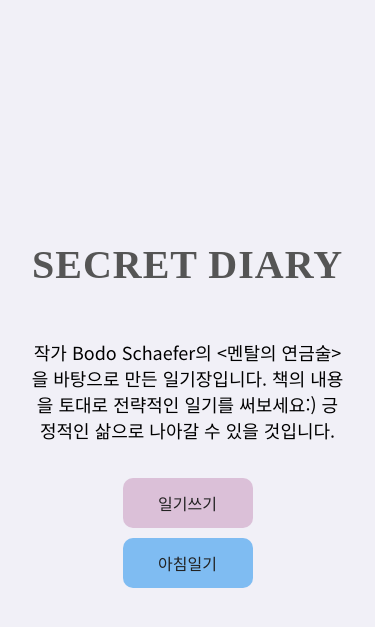
Repository: jinhee196/diary
Page: index.html
An editor plug-in stored every save of this project. The page is shown before and after the next save, followed by the edit.
The browser window is 375 px wide. The pictures show the whole page.
Some web fonts or font styles are not loaded; a fallback is used. Some web libraries are served in a nearby version.

Above is the page before, as saved 2021-06-06 16:32:14.

### index.html
<!DOCTYPE html>
<html lang="ko">
<head>
    <meta charset="UTF-8">
    <meta http-equiv="X-UA-Compatible" content="IE=edge">
    <meta name="viewport" content="width=device-width, initial-scale=1.0">
    <title>secret Note</title>
    <script src="https://kit.fontawesome.com/ef20572bd9.js" crossorigin="anonymous"></script>
    <link rel="stylesheet" href="style.css">
    <link rel="preconnect" href="https://fonts.gstatic.com">
<link href="https://fonts.googleapis.com/css2?family=Hi+Melody&family=Nanum+Brush+Script&display=swap" rel="stylesheet">
<link href="https://fonts.googleapis.com/css2?family=Noto+Sans+KR:wght@100;300&display=swap" rel="stylesheet">
    <script src="js/main.js" defer></script>
    <script src="js/data.js"></script>
</head>
<body>
  <div class="container">
      <header class="header"></header>

      <section id="main">
        <h1 class="main__title">SECRET DIARY</h1>
        <p class="main__desc">작가 Bodo Schaefer의 &#60;멘탈의 연금술&#62;을 바탕으로 만든 일기장입니다.
                              책의 내용을 토대로 전략적인 일기를 써보세요:) 긍정적인 삶으로 나아갈 수 있을 것입니다. </p>
        <button class="note1">일기쓰기</button>
        <button class="note2">아침일기</button>
        <button class="note3">걱정과 두려움을 <br>다루는 방법</button>
      </section>

      <section id="daily">
        <div class="daily__weather">
          <!-- <img src="" alt=""> -->
        </div>
        <div class="daily__emotion"></div>
        <div class="daily__Note">
          <button class="daily__submit">완료</button>
          <input class="daily__title" placeholder="제목을 입력하세요"></input>
          <textarea class="daily__text" autofocus></textarea>
          <div class="popup">
             <h3 class="popup__title">저장되었습니다.</h3>
             <button class="popup__btn">확인</button>
          </div>
        </div>
      </section>

      <section id="morning">
        <button class="morning__submit">완료</button>
        <p class="desc">아침일기는 '오늘 무엇을 할 것인가?'를 정리하는 데 탁월한 효과를 줍니다. 질문에 가볍게 답해가다 보면,
          질문의 답처럼 생각하고 실행할 수 있는 컨디션이 만들어질 것입니다.

        </p>
        <ul class="items">
          <!-- <li class="item">test</li>
          <li class="item-sub">subtest</li> -->
        </ul>
        <div class="message">
        <input type="text" class="footer__input" />
        <button class="footer__submit">보내기</button>
        </div>
    </section>

    <section id="list">
      <p class="desc">두려움과 걱정의 목록들을 리스트로 만들고 지속적으로 업데이트하세요.
        구체적으로 작성해 두려움을 잘게 쪼개다보면 엄습하는 두려움을 무력화시킬 수 있을 것입니다. </p>
      <ul class="items">
        <!-- <li class="item">test</li>
        <li class="item-sub">subtest</li> -->
      </ul>
      <div class="message">
      <input type="text" class="footer__input" />
      <button class="footer__submit">보내기</button>
      </div>
  </section>

    <footer class="footer">
      <button class="footer__button">
        <div class="circle"></div>
       </button>
       <i class="fas fa-chevron-left"></i>
     </footer>
  </div>
</body>
</html>

### style.css
* {
  box-sizing: border-box;
  font-family: "Hi Melody", cursive;
}
ul {
  padding: 0;
}

button {
  outline: none;
  background: transparent;
  border: none;
  cursor: pointer;
}
body {
  background-color: #ced3df;
  text-align: center;
}

section {
  height: 600px;
}
.container {
  width: 400px;
  margin: auto;
  background-color: #f1f0f7;
  border-radius: 20px;
}

.header {
  height: 48px;
  padding: 8px;
  font-size: 24px;
  background: rgba(237, 193, 211);

  background: linear-gradient(
    166deg,
    rgba(237, 193, 211, 1) 0%,
    rgba(219, 192, 216, 1) 35%,
    rgba(127, 188, 242, 1) 100%
  );

  border-radius: 20px 20px 0 0;
  color: #fff;
}

#main {
  display: flex; /*flex*/
  flex-direction: column;
  justify-content: center;
  align-items: center;
  overflow: hidden;
}
.main__title {
  font-family: "Nanum Brush Script", cursive;
  letter-spacing: 1px;
  font-size: 40px;
  color: #555;
}
.main__desc {
  font-family: "Noto Sans KR", sans-serif;
  padding: 0 30px;
  font-size: 18px;
  margin-bottom: 30px;
}
#main button {
  width: 130px;
  padding: 13px 15px;
  margin: 5px 0;
  border-radius: 10px;
  color: #222;
  font-size: 16px;
  transition: transform 300ms;
}
#main button:hover {
  transform: scale(1.1);
}
.note1 {
  background-color: rgba(219, 192, 216, 1);
}
.note2 {
  background-color: rgba(127, 188, 242, 1);
}
.note3 {
  display: none;
  background-color: rgba(219, 192, 216, 1);
}

#daily {
  display: none;
}
.daily__weather {
  display: none;
  height: 600px;
  overflow: hidden;
}

.daily__weather-Q {
  /*h2 title*/
  font-size: 35px;
  margin: 120px 0 30px;
}
.answerList {
  /*buttons*/
  width: 26%;
  margin: 5px 10px;
}
.answerList img {
  width: 100%;
}
.daily__emotion {
  display: none;
  position: relative;
  height: 600px;
  overflow: hidden;
}
.daily__Note {
  display: none;
  width: 100%;
  height: 100%;
  position: relative;
}
.daily__title {
  width: 100%;
  height: 10%;
  outline: none;
  padding: 20px;
  font-size: 22px;
  border: none;
  border-bottom: 1px solid #ddd;
}
.daily__text {
  width: 100%;
  height: 85%;
  line-height: 1.6;
  padding: 20px;
  outline: none;
  border: none;
  resize: none;
  font-size: 18px;
}
.daily__submit {
  height: 5%;
  font-size: 16px;
  color: #555;
  float: right;
  margin-right: 10px;
}
.daily__submit:hover {
  color: rgb(255, 110, 238);
}
.popup {
  position: absolute;
  top: 50%;
  left: 50%;
  transform: translate(-50%, -50%);
  border: 1px solid #ccc;
  padding: 20px 40px;
  box-shadow: 2px 4px 5px #ccc;
  display: none;
}
.popup__title {
  font-family: "Noto Sans KR", sans-serif;
  font-size: 16px;
}
.popup__btn {
  font-family: "Noto Sans KR", sans-serif;
  border: 1px solid #ccc;
}
#morning {
  display: none;
  overflow: hidden;
  position: relative;
}
#list {
  display: none;
  overflow: hidden;
}
.morning__submit {
  width: 50px;
  height: 30px;
  color: #555;
  float: right;
  background-color: #fff;
  border: 1px solid #ddd;
  transition: all 400ms;
  position: absolute;
  top: 44px;
  right: -12px;
}
.morning__submit:hover {
  font-size: 16px;
  background-color: rgb(231, 248, 252);
  right: 0;
}
.desc {
  font-family: "Noto Sans KR", sans-serif;
  width: 370px;
  height: 60px;
  font-size: 11px;
  text-align: left;
  padding: 8px 30px;
  margin: 15px auto 0;
  background-color: #fff;
  border-radius: 5px;
  line-height: 1.4;
}
.items {
  height: 495px;
  overflow-y: auto;
  margin: 0;
  font-size: 17px;
  text-align: left;
}

.item {
  padding: 8px 15px;
  margin: 10px;
  border-radius: 15px;
  background: rgba(237, 193, 211);
  display: inline-block;
  float: left;
  clear: both;
}
.item-sub {
  padding: 8px 15px;
  margin: 10px;
  border-radius: 15px;
  background: rgba(127, 188, 242, 1);
  display: inline-block;
  float: right;
  clear: both;
}

.footer {
  background: rgba(237, 193, 211);

  background: linear-gradient(
    166deg,
    rgba(237, 193, 211, 1) 0%,
    rgba(219, 192, 216, 1) 35%,
    rgba(127, 188, 242, 1) 100%
  );
  border-radius: 0 0 20px 20px;
  position: relative;
}
.message {
  width: 100%;
}
.footer__input {
  width: 88%;
  height: 32px;
  border: none;
  outline: none;
  font-size: 20px;
  font-weight: 400;
  padding: 0 16px;
  float: left;
  border-top: 1px solid rgba(237, 193, 211);
}

.footer__submit {
  width: 12%;
  height: 32px;
  float: right;
  background-color: rgba(237, 193, 211);
  font-size: 11px;
  padding: 0;
}
.footer__button {
  width: 48px;
  height: 48px;
  background-color: #fff;
  border-radius: 50%;
  transition: transform 300ms ease-in;
  margin-top: 2px;
}
.circle {
  width: 40px;
  height: 40px;
  border: 4px solid rgba(219, 192, 216, 0.8);
  border-radius: 50%;
  margin-left: -2px;
}
.fa-chevron-left {
  font-size: 20px;
  color: #eee;
  position: absolute;
  right: 70px;
  top: 50%;
  transform: translateY(-50%);
  cursor: pointer;
  transition: transform 500ms ease-in;
}
.footer__button:hover {
  transform: scale(1.1);
}
.fa-chevron-left:hover {
  color: rgb(255, 128, 255);
}

@keyframes fadeIn {
  from {
    opacity: 0;
  }
  to {
    opacity: 1;
  }
}

@keyframes fadeOut {
  from {
    opacity: 1;
  }
  to {
    opacity: 0;
  }
}

.fadeIn {
  animation: fadeIn;
  animation-duration: 1s;
}

.fadeOut {
  animation: fadeOut;
  animation-duration: 1s;
}

@media screen and (max-width: 411px) {
  html,
  body {
    margin: 0;
    height: 100%;
  }
  .header {
    display: none;
  }
  .footer {
    display: none;
  }
  section {
    height: auto;
    height: 100%;
  }
  .container {
    width: 100%;
    height: 100%;
    border-radius: 0;
  }
  .items {
    height: 84%;
    font-size: 14px;
  }
  .desc {
    font-size: 9px;
    padding: 10px;
    width: 100%;
  }
  .morning__submit {
    top: 52px;
  }
  .message {
    height: 5%;
    position: absolute;
    bottom: 0;
  }
  .popup {
    width: 200px;
  }
}

### js/data.js
const morningList = [
  {
    q: '1. 나는 오늘 어떤 점이 가장 행복하겠는가?'
  },
  {
    q: '2. 오늘 내게 가장 큰 동기부여를 해주는 것은 무엇인가?'
  },
  {
    q: '3.오늘 무엇에 가장 감사해야 하겠는가?'
  },
  {
    q: '4.오늘 내게 직언과 조언을 해줄 사람들은 누구인가?'
  },
  {
    q: '5. 오늘 내 컨디션으로 볼 때 가장 잘해낼 것 같은 일은 무엇인가?'
  },
  {
    q: '6. 오늘 내가 꼭 알아야 할 것은 무엇인가?'
  },
  {
    q: '7. 오늘 두려움과 긴장을 유쾌하게 다뤄줄 필살기는 무엇인가?'
  },
  {
    q: '8. 오늘 꼭 해야할 과제 한 가지는 무엇인가?'
  }
]

const qnaList = [
  {
    q: '지금 가장 두려운 것이 무엇입니까?'
  },
  {
    q: '그것이 왜 두려우십니까? 구체적으로 작성해보세요.'
  },
  {
    q: '가장 큰 두려움에서부터 사소한 걱정까지 낱낱이 기록하세요.'
  }
]

const dailyNote = [
  {
    q: '현재 날씨를 선택해주세요',
    a: [
      { answer: 'images/weather-icons-set_03.png'},
      { answer: 'images/weather-icons-set_05.png' },
      { answer: 'images/weather-icons-set_07.png' },
      { answer: 'images/weather-icons-set_13.png' },
      { answer: 'images/weather-icons-set_17.png' },
      { answer: 'images/weather-icons-set_21.png' },
    ]
  },
  {
    q: '현재 기분을 골라보세요',
    a: [
      { answer: 'images/emtion_03.png' },
      { answer: 'images/emtion_05.png' },
      { answer: 'images/emtion_07.png' },
      { answer: 'images/emtion_12.png' },
      { answer: 'images/emtion_13.png' },
      { answer: 'images/emtion_14.png' },
      { answer: 'images/emtion_18.png' },
      { answer: 'images/emtion_19.png' },
      { answer: 'images/emtion_20.png' },
    ]
  }
]

### js/main.js
const note1 = document.querySelector('.note1');
const note2 = document.querySelector('.note2');

const main = document.querySelector('#main');
const morning = document.querySelector('#morning');
const list = document.querySelector('#list');

const items = document.querySelector('.items');
const input = document.querySelector('.footer__input');
const addBtn = document.querySelector('.footer__submit');
const back = document.querySelector('.fa-chevron-left');

const daily = document.querySelector('#daily');
const daily__weather = document.querySelector('.daily__weather');
const daily__emotion = document.querySelector('.daily__emotion');
const daily__Note = document.querySelector('.daily__Note');
const daily__submit = document.querySelector('.daily__submit');
const textarea = document.querySelector('.daily__text');
const daily__title = document.querySelector('.daily__title');
const popup = document.querySelector('.popup');
const endPoint = 8;

let qIdx;
note1.addEventListener('click', () => {
  main.style.animation = "fadeOut 1s";
  setTimeout(() => {
    daily.style.animation = "fadeIn 1s";
    daily__weather.style.animation = "fadeIn 1s";
    setTimeout(() => {
      main.style.display = "none";
      daily.style.display = "block";
      daily__weather.style.display = "block";
    }, 450)
    qIdx = 0;
    dailyNext(qIdx);
  }, 450);
});


function addAnswer(answerText, qIdx){
  const answer = document.createElement('button');
  answer.classList.add('answerList');
  daily__weather.appendChild(answer);
  answer.innerHTML = `<img src="${answerText}" alt=""></img>`;


  answer.addEventListener('click', ()=>{
    let children = document.querySelectorAll('.answerList');
    for( let i = 0; i < children.length; i++) {
         children[i].disabled = true;
        //  children[i].style.display = 'none';
         daily__weather.innerHTML = '';
    }

    dailyNext(++qIdx);
  });

}


function dailyNext(qIdx){
  if(qIdx === 2){
    goResult();
    return;
  }
    const dailyQ = document.createElement('h2');
    dailyQ.setAttribute('class', 'daily__weather-Q');
    daily__weather.appendChild(dailyQ);
    dailyQ.innerHTML = dailyNote[qIdx].q;
    for(let i in dailyNote[qIdx].a){
      addAnswer(dailyNote[qIdx].a[i].answer, qIdx);
    }
  }



function goResult() {
  // console.log('result');
  daily__weather.style.display = 'none';
  daily__emotion.style.display = 'none';
  daily__Note.style.display = 'block';
  textarea.focus();
}

daily__submit.addEventListener('click', ()=>{
  popup.style.display = 'block';

  const popupBtn = document.querySelector('.popup__btn');
  popupBtn.addEventListener('click', ()=>{
    popup.style.display = 'none';
    init();

  });
});

note2.addEventListener('click', ()=>{
    main.style.animation = "fadeOut 1s";
    setTimeout(() => {
      morning.style.animation = "fadeIn 1s";
      setTimeout(() => {
        main.style.display = "none";
        morning.style.display = "block";
        input.focus();
      }, 450)
      qIdx = 0;
      goNext(qIdx);
    }, 450);
});



function goNext(qIdx){
  if(qIdx === endPoint){
    console.log('end');
    return;
  }
  const qna = createQna(qIdx);
  items.appendChild(qna);
  qna.scrollIntoView({ block: 'center' });
}

function createQna(qIdx) {
  const qnaRow = document.createElement('li');
  qnaRow.setAttribute('class', 'item');
  qnaRow.innerHTML = morningList[qIdx].q;
  console.log(qIdx);

  return qnaRow;

}
function onAdd() {
  const text = input.value;
  if (text === '') {
    input.focus();
    return;
  }
  const item = createItem(text); //function
  items.appendChild(item);
  item.scrollIntoView({ block: 'center' });
  input.value = '';
  input.focus();
  goNext(++qIdx);

}

function createItem(text) {
  const itemRow = document.createElement('li');
  itemRow.setAttribute('class', 'item-sub');
  itemRow.innerHTML = text;
  return itemRow;
}

addBtn.addEventListener('click', () => {
  onAdd();
});

input.addEventListener('keypress', event => {
  if (event.key === 'Enter') {
    onAdd();
  }
});

back.addEventListener('click', init);


function init() {
  main.style.animation = "fadeIn 1s";
  input.value = '';
  items.innerHTML = '';
  textarea.value = '';
  daily__title.value = '';
  daily__emotion.innerHTML = '';
  daily__weather.innerHTML = '';

  setTimeout(() => {
    list.style.animation = "fadeOut 1s";
    morning.style.animation = "fadeOut 1s";
    daily.style.animation = "fadeOut 1s";
    setTimeout(() => {
      main.style.display = "flex";
      list.style.display = "none";
      morning.style.display = "none";
      daily.style.display = 'none';
      daily__Note.style.display = 'none';
    }, 450)
  }, 450);
}

After the next save:
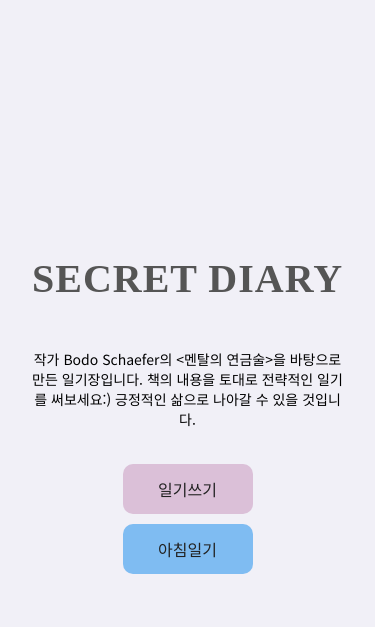
Saved 18 s later.
--- a/style.css
+++ b/style.css
@@ -348,6 +348,9 @@ section {
     height: 100%;
     border-radius: 0;
   }
+  .main__desc {
+    font-size: 14px;
+  }
   .items {
     height: 84%;
     font-size: 14px;
